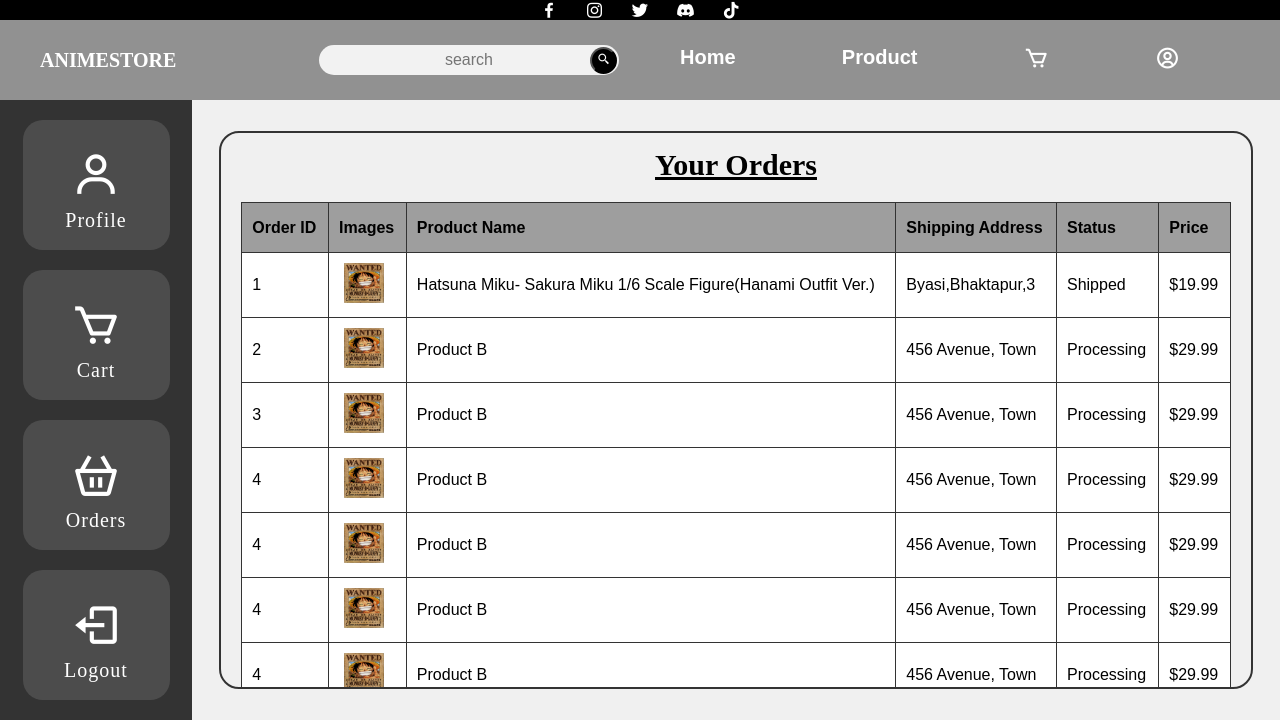
Repository: cindrellakoju/Animestore
Page: html css/withlogin/order.html
The author's editor kept a copy of each file at every save. The page is drawn from the files as they stood at one save, then again after the next save.
The browser window is 1280 px wide. The pictures show the whole page.
An inner scrolling area shows only its first screen.

Above is the page before, as saved 2024-04-07 02:14:33.

### html css/withlogin/order.html
<!DOCTYPE html>
<html lang="en">
<head>
  <meta charset="UTF-8">
  <meta name="viewport" content="width=device-width, initial-scale=1.0">
  <link rel="stylesheet" href="order.css">
  <link href='https://unpkg.com/boxicons@2.1.4/css/boxicons.min.css' rel="stylesheet">
  <title>Orders</title>
</head>
<body>
  <header>
    <div class="navbar">
       <div class="meta-navbar">
           <a href="https://boxicons.com/?query=fac" target="_blank"><i class='bx bxl-facebook'></i></a>
           <a href="#" target="_blank"><i class='bx bxl-instagram'></i></a>
           <a href="#" target="_blank"><i class='bx bxl-twitter' ></i></a>
           <a href="#" target="_blank"><i class='bx bxl-discord-alt'></i></a>
           <a href="#" target="_blank"><i class='bx bxl-tiktok' ></i></i></a>
       </div>
       <div class="product-navbar">
           <h1>ANIMESTORE</h1>
           <div class="search-bar">
            <form action="">
                <input type="text" id="search" name="search" placeholder="search">
                <button type="submit"><i class='bx bx-search-alt-2'></i></button>
            </form>
           </div>
           <div class="menu">
            <ul>
                <a href="#">Home</a>
                <a href="#">Product</a>
                <!-- <a href="#"><i class='bx bx-heart'></i></a> -->
                <a href="#"><i class='bx bx-cart' ></i></a>
                <a href="#"><i class='bx bx-user-circle'></i></a>
            </ul>
           </div>

       </div>
   </div>
  </header>
  <div class="left-bar">
    <div class="icon">
      <button><a href="profile.html"><i class='bx bx-user' ><br><span>Profile</span></i></a></button>
    </div>
    <div class="icon">
      <button><a href="cart.html"><i class='bx bx-cart'><br><span>Cart</span></i></a></button>
    </div>
    <div class="icon">
      <button><a href="order.html"><i class='bx bx-basket' ><br><span>Orders</span></i></a></button>
    </div>
    <div class="icon">
      <button><a href="#"><i class='bx bx-log-out' ><br><span>Logout</span></i></a></button>
    </div>
  </div>
  <div class="right-bar">
    <div class="rectangular-border">
      <h1>Your Orders</h1>
      <table>
        <thead>
          <tr>
            <th>Order ID</th>
            <th>Images</th>
            <th>Product Name</th>
            <th>Shipping Address</th>
            <th>Status</th>
            <th>Price</th>
          </tr>
        </thead>
        <tbody>
          <tr>
            <td>1</td>
            <td><img src="Animestore _photo/posters/luffy.png"></td>
            <td>Hatsuna Miku- Sakura Miku 1/6 Scale Figure(Hanami Outfit Ver.)</td>
            <td>Byasi,Bhaktapur,3</td>
            <td>Shipped</td>
            <td>$19.99</td>
          </tr>
          <tr>
            <td>2</td>
            <td><img src="Animestore _photo/posters/luffy.png"></td>
            <td>Product B</td>
            <td>456 Avenue, Town</td>
            <td>Processing</td>
            <td>$29.99</td>
          </tr>
          <tr>
            <td>3</td>
            <td><img src="Animestore _photo/posters/luffy.png"></td>
            <td>Product B</td>
            <td>456 Avenue, Town</td>
            <td>Processing</td>
            <td>$29.99</td>
          </tr>
          <tr>
            <td>4</td>
            <td><img src="Animestore _photo/posters/luffy.png"></td>
            <td>Product B</td>
            <td>456 Avenue, Town</td>
            <td>Processing</td>
            <td>$29.99</td>
          </tr>
          <tr>
            <td>4</td>
            <td><img src="Animestore _photo/posters/luffy.png"></td>
            <td>Product B</td>
            <td>456 Avenue, Town</td>
            <td>Processing</td>
            <td>$29.99</td>
          </tr>
          <tr>
            <td>4</td>
            <td><img src="Animestore _photo/posters/luffy.png"></td>
            <td>Product B</td>
            <td>456 Avenue, Town</td>
            <td>Processing</td>
            <td>$29.99</td>
          </tr>
          <tr>
            <td>4</td>
            <td><img src="Animestore _photo/posters/luffy.png"></td>
            <td>Product B</td>
            <td>456 Avenue, Town</td>
            <td>Processing</td>
            <td>$29.99</td>
          </tr>
          <tr>
            <td>4</td>
            <td><img src="Animestore _photo/posters/luffy.png"></td>
            <td>Product B</td>
            <td>456 Avenue, Town</td>
            <td>Processing</td>
            <td>$29.99</td>
          </tr>
        </tbody>
      </table>
    </div>
  </div>
</body>
</html>

### html css/withlogin/order.css
* {
    margin: 0px;
    padding: 0px;
    box-sizing: border-box;
    font-family: "Poppins", sans-serif;
  }

  .navbar {
    width: 100%;
    position: fixed;
    top: 0;
    z-index: 1000;
  }

  /* social media nav bar */
  .meta-navbar {
    height: 20px;
    background-color: black;
    text-align: center;
    font-size: 20px;
    word-spacing: 20px;
  }

  .meta-navbar i {
    color: white;
  }

  .meta-navbar i:hover{
    color: rgb(78, 78, 255);
  }

  /* menu nav bar */
  .product-navbar {
    height: 80px;
    background-color: rgba(0, 0, 0, 0.432);
    display: flex;
    justify-content: space-between;
    align-items: center;
    text-align: center;
  }

  .product-navbar ul {
    display: flex;
  }

  .product-navbar h1 {
    font-size: 20px;
    font-family: cursive;
    margin-left: 40px;
    margin-right: 30px;
    color: white;
  }

  .product-navbar .search-bar input {
    width: 300px;
    height: 30px;
    border: none;
    outline: none;
    background: #f2f2f2;
    border-radius: 30px;
    color: gray;
    font-size: 16px;
    text-align: center;
  }

  .search-bar button {
    height: 27px;
    width: 27px;
    border-radius: 50%;
    text-align: center;
    background-color: rgb(0, 0, 0);
    color: white;
    margin-left: -33px;
    margin-right: 50px;
  }

  .menu {
    display: flex;
    width: 500px;
    justify-content: space-between;
  }
  .menu .category{
    color: black;
  }
  .menu ul {
    flex: 2;
    display: flex;
    justify-content: space-between;
    font-size: 20px;
    margin-left: -100px;
    margin-right: 100px;
    font-weight: bolder;
  }

  .menu ul a {
    color: white;
    text-decoration: none;
  }

  .menu ul a:hover {
    color: purple;
  }

  .menu ul a i {
    font-size: 25px;
  }

  .left-bar {
    position: fixed;
    top: 100px; /* Adjusted top position below the header */
    left: 0;
    background-color: #333;
    display: flex;
    flex-direction: column;
    align-items: center;
    justify-content: space-between;
    height: calc(100vh - 100px); /* Adjusted height below the header */
    width: 15%;
    z-index: 1; /* Ensures the left bar stays on top */
  }

  .icon {
    width: calc(100% - 45px); /* Adjusted width for gap */
    height: calc((100vh - 100px) / 4 - 25px); /* Adjusted height for 4 icons with gap */
    display: flex;
    justify-content: center;
    align-items: center;
    background-color: #555555c2;
    margin-bottom: 20px; /* Added margin for gap */
    border-radius: 20px;
  }
  .icon:first-child {
    margin-top: 20px; /* Margin for the top of the first icon */
  }

  .icon button{
    height: 100%;
    width: 100%;
    border-radius: 20px;
    background-color: transparent;
    border: none;
  }

  button a i{
    margin-top: -10px;
    padding: 40px;
    color: white;
    font-size: 50px;
  }

  button a i span{
    font-size: 20px;
    /* font-weight: bold; */
    font-family: 'Times New Roman', Times, serif;
    letter-spacing: 1px;
    position: relative;
    top: -20px;
  }
  .icon .order i{
    color: rgb(124, 124, 241);
  }
  .icon .order i:hover{
    color: black;
  }
  .icon button:hover{
    background-color: rgb(124, 124, 241);
    cursor: pointer;
    color: black;
  }
  button a i:hover{
    color: black;
  }
    .right-bar {
      background-color: #f0f0f0;
      display: flex;
      justify-content: center;
      align-items: center;
      height: calc(100vh - 100px); /* Adjusted height below the header */
      width: 85%;
      margin-left: 15%;
      margin-top: 100px;
    }

    .rectangular-border {
      width: 95%;
      /* min-height: 300px; Minimum height of the border */
      height: 90%;
      border: 2px solid #333;
      border-radius: 20px;
      display: flex;
      flex-direction: column; /* Change to column */
      justify-content: flex-start; /* Start from the top */
      align-items: center;
      padding: 20px; /* Add padding */
      overflow: auto; /* Add overflow for scrolling if needed */
    }

  .rectangular-border h1{
    font-family: 'Times New Roman', Times, serif;
    text-align: center;
    font-size: 30px;
    margin-bottom: 20px;
    margin-top: -5px;
    text-decoration: underline;
    /* position: fixed; */
  }
    /* Style the scrollbar */
  .rectangular-border::-webkit-scrollbar {
    width: 10px;
  }

  .rectangular-border::-webkit-scrollbar-thumb {
    background-color: #aaa;
    padding-top: 10px;
    /* border-radius: 10px; */
  }

  .rectangular-border::-webkit-scrollbar-thumb:hover {
    background-color: #888;
  }

    table {
      width: 100%; /* Width 100% of parent */
      border-collapse: collapse;
    }

    table, th, td {
      border: 1px solid #333;
    }

    th, td {
      padding: 10px;
      text-align: left;
    }

    th {
      background-color: #9e9e9e;
      position: sticky; /* Make th sticky */
      top: -18px; /* Position at the top */
      z-index: 2; /* Ensure it's above the content */
      margin-top: -20px; /* Add margin top */
      height: 50px;
    }

    td {
      background-color: #fff; /* Optional: Add background color to td for better readability */
    }

    /* New CSS to make table fixed */
    .table-container {
      width: 100%;
      overflow-y: auto; /* Add vertical scroll if needed */
    }

    tr img{
      height: 40px;
      width: 40px;
      margin-left: 5px;
    }

After the next save:
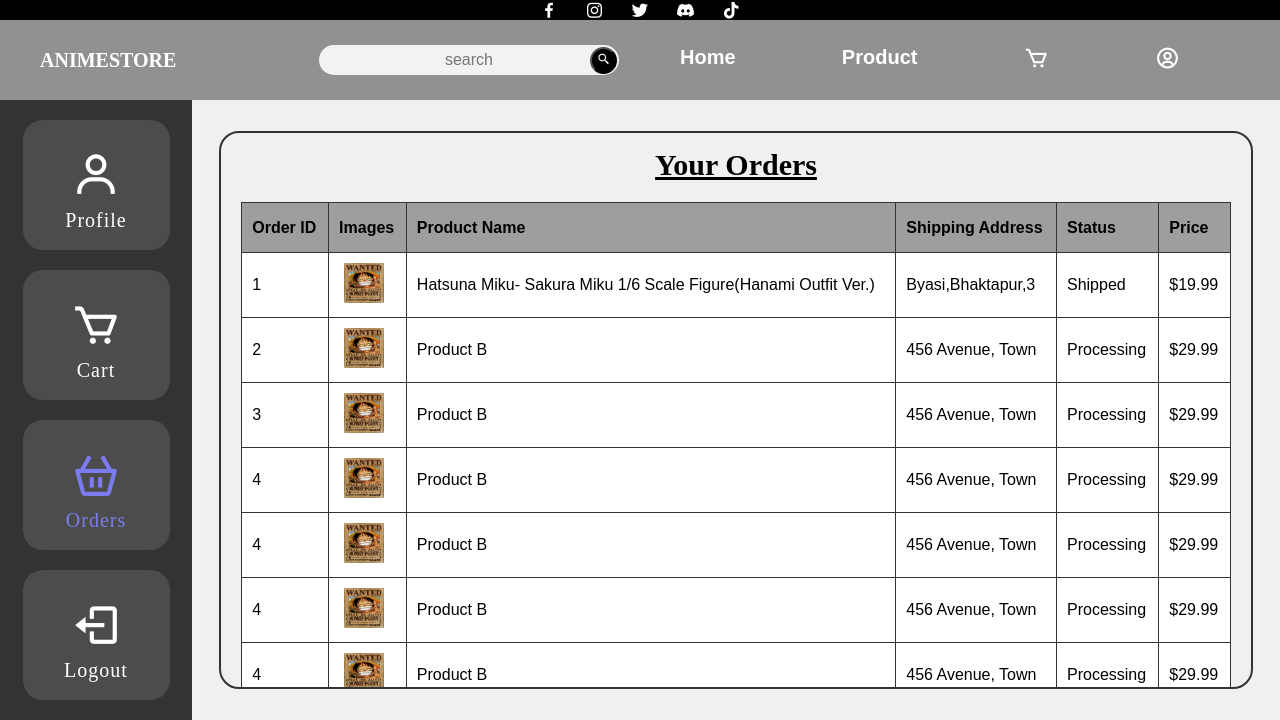
Saved 25 s later.
--- a/html css/withlogin/order.html
+++ b/html css/withlogin/order.html
@@ -40,13 +40,13 @@
   </header>
   <div class="left-bar">
     <div class="icon">
-      <button><a href="profile.html"><i class='bx bx-user' ><br><span>Profile</span></i></a></button>
+      <button class="profile"><a href="profile.html"><i class='bx bx-user' ><br><span>Profile</span></i></a></button>
     </div>
     <div class="icon">
-      <button><a href="cart.html"><i class='bx bx-cart'><br><span>Cart</span></i></a></button>
+      <button class="cart"><a href="cart.html"><i class='bx bx-cart'><br><span>Cart</span></i></a></button>
     </div>
     <div class="icon">
-      <button><a href="order.html"><i class='bx bx-basket' ><br><span>Orders</span></i></a></button>
+      <button class="order"><a href="order.html"><i class='bx bx-basket' ><br><span>Orders</span></i></a></button>
     </div>
     <div class="icon">
       <button><a href="#"><i class='bx bx-log-out' ><br><span>Logout</span></i></a></button>
